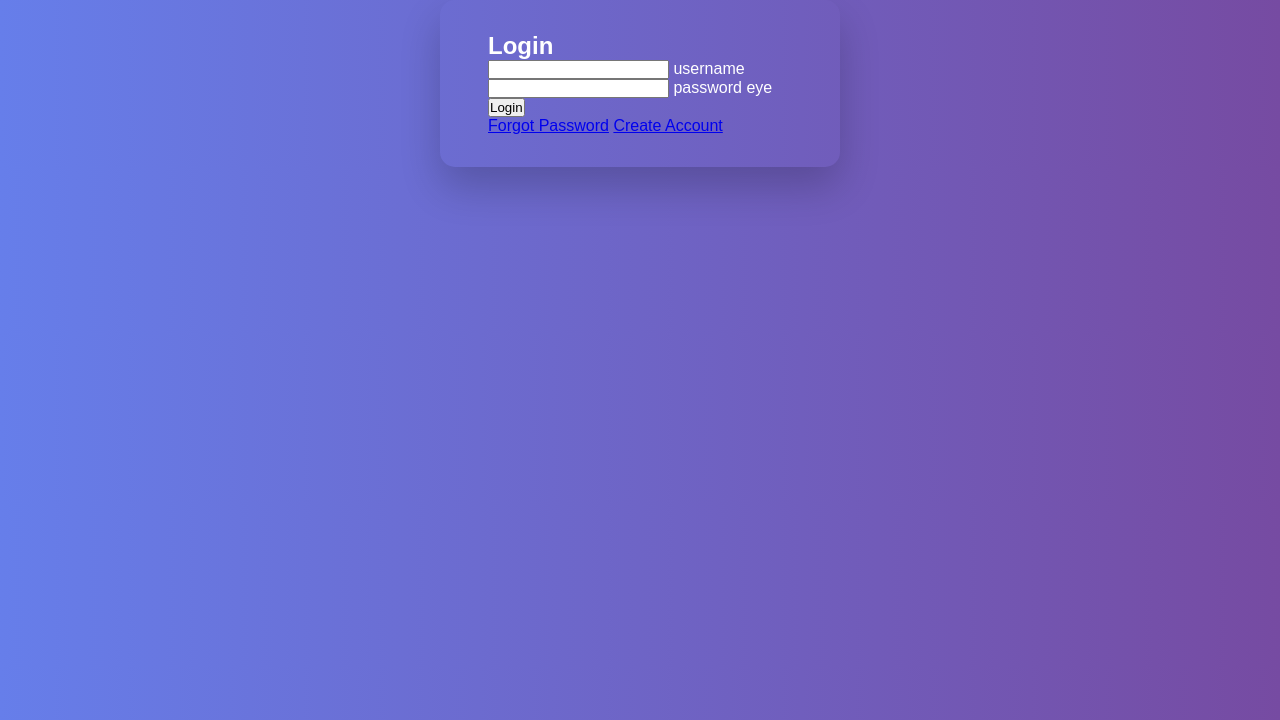
Repository: wingming07/Agro_mart
Page: login/login.html
These files come from the project's save history. The page is drawn as it stood at one moment and after a run of saves; the edit follows.
The browser window is 1280 px wide. The pictures show the whole page.

Above is the page before, as saved 2025-06-10 17:15:19.

After the next 6 saves:
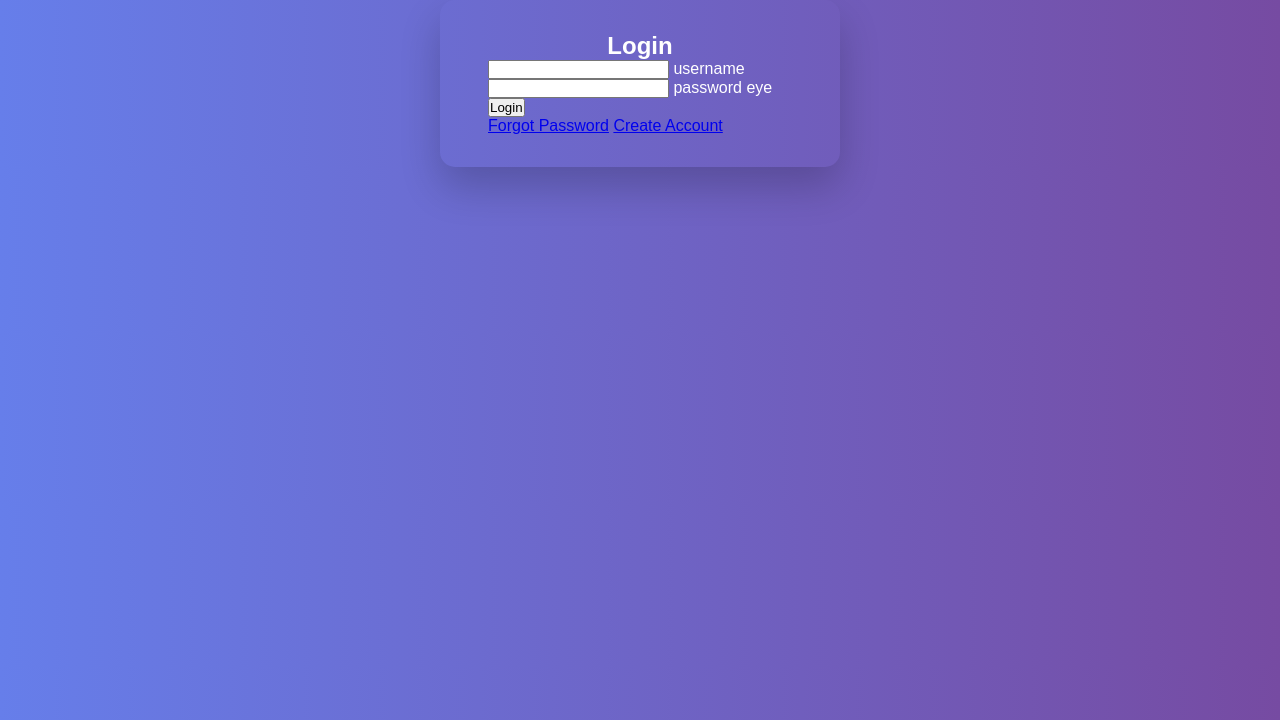
The 6 saves are shown as one change because they came seconds apart.
The last was saved 43 s later.
--- a/login/style.css
+++ b/login/style.css
@@ -21,5 +21,6 @@ body{
     max-width: 400px;
 }
 .login-form h2{
-
+    text-align: center;
+    color: ;
 }
